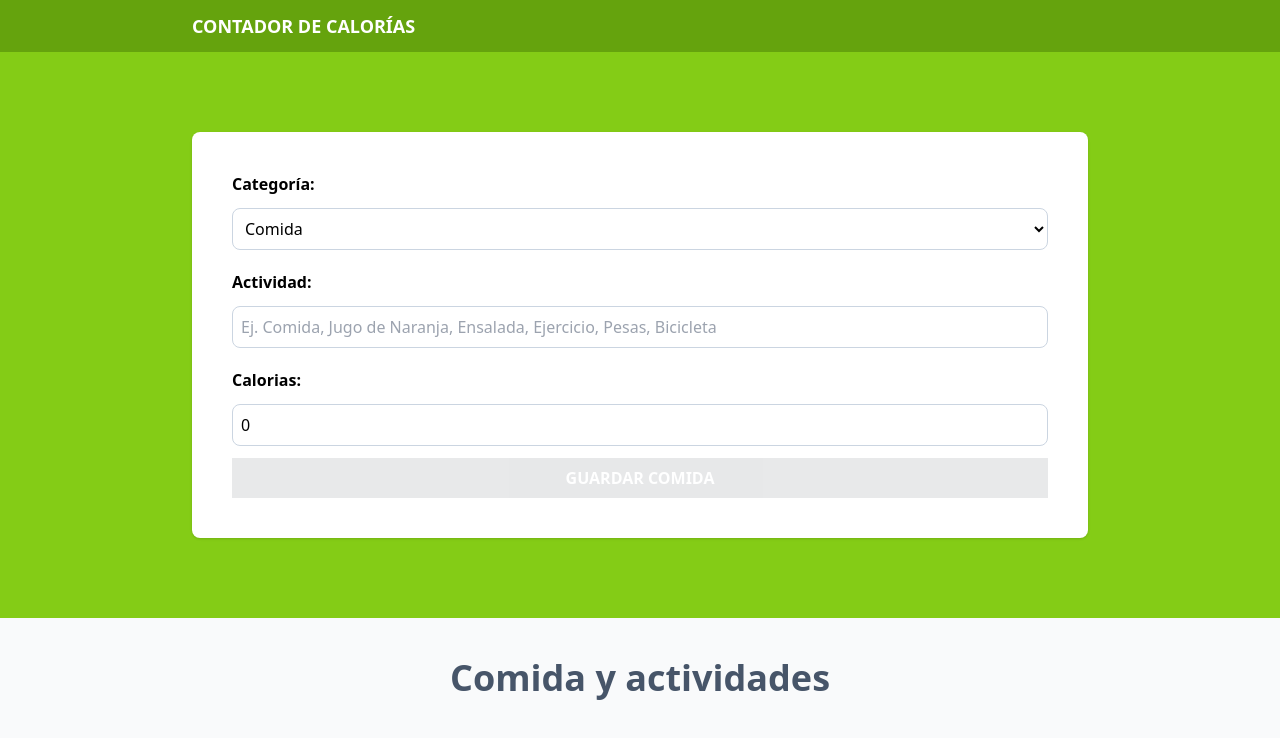
Repository: Samuel-Leal96/contador-calorias-react
Page: /
The author's editor kept a copy of each file at every save. The page is drawn from the files as they stood at one save, then again after the next save.
The browser window is 1280 px wide. The pictures show the whole page.
The project was rebuilt for these pictures with package versions that can differ from the ones it lists, and the page was loaded fresh each time. Also part of the build but not shown: vite.config.ts.

Above is the page before, as saved 2025-11-06 16:25:33.

### index.html
<!doctype html>
<html lang="en">
  <head>
    <meta charset="UTF-8" />
    <link rel="icon" type="image/svg+xml" href="/vite.svg" />
    <meta name="viewport" content="width=device-width, initial-scale=1.0" />
    <title>Contador de calorias - React y typescript</title>
  </head>
  <body class="bg-gray-50">
    <div id="root"></div>
    <script type="module" src="/src/main.tsx"></script>
  </body>
</html>

### src/App.tsx
import { useReducer } from "react"

import { activityReducer, initialState } from "./reducers/activity-reducer"

import Form from "./components/Form"
import ActivityList from "./components/ActivityList"


function App() {

  const [state, dispatch] = useReducer( activityReducer, initialState)

  return (
    <>
      <header className="bg-lime-600 py-3">
        <div className="max-w-4xl mx-auto flex justify-between">
          <h1 className="text-center text-lg font-bold text-white uppercase">
            Contador de calorías
          </h1>
        </div>
      </header>


      <section className="bg-lime-500 py-20 px-5">
        <div className="max-w-4xl mx-auto">
          <Form
            dispatch={dispatch}
            state={state}
          />
        </div>
      </section>

      <section className="p-10 mx-auto max-w-4xl">
          <ActivityList
            activities={state.activities}
            dispatch={dispatch}
          />
      </section>
    </>
  )
}

export default App

### src/reducers/activity-reducer.ts
import type { Activity } from "../types"

export type ActivityActions =
    { type: 'save-activity', payload: { newActivity: Activity } } |
    { type: 'set-activeId', payload: { id: Activity['id'] } } |
    { type: 'delete-activity', payload: { id: Activity['id'] } }

export type ActivityState = {
    activities: Activity[],
    activeId: Activity['id']
}

export const initialState: ActivityState = {
    activities: [],
    activeId: ''
}

export const activityReducer = (
    state: ActivityState = initialState,
    action: ActivityActions
) => {

    if (action.type === 'save-activity') {
        //* Este codigo maneja la logica para manejar el state

        let updateActivities : Activity[] = [];
        if(state.activeId){

            updateActivities = state.activities.map( activity => activity.id === state.activeId ? action.payload.newActivity
                : activity
             )

        }else {
            updateActivities = [...state.activities, action.payload.newActivity]
        }

        return{
            ...state,
            activities: updateActivities,
            activeId: ''
        }
    }

    if(action.type === 'set-activeId'){
        return {
            ...state,
            activeId: action.payload.id
        }
    }

    if(action.type === 'delete-activity'){
        return{
            ...state,
            activities: state.activities.filter( activity => activity.id !== action.payload.id )
        }
    }

    return state;

}

### src/components/Form.tsx
import { useState, type ChangeEvent, type FormEvent, type Dispatch, useEffect } from "react"
import { v4 as uuidv4 } from 'uuid'

import { type Activity } from "../types"
import { categories } from "../data/categories"
import type { ActivityActions, ActivityState } from "../reducers/activity-reducer"

type FormProps = {
  dispatch: Dispatch<ActivityActions>,
  state: ActivityState
}

const initialState : Activity = {
  id: uuidv4(),
  category: 1,
  name: '',
  calories: 0
}

export default function({dispatch, state}: FormProps) {

  const [activity, setActivity] = useState<Activity>(initialState)

  useEffect( ()=> {
    if(state.activeId){
      const selectedActivity = state.activities.filter( stateReducerActivity => stateReducerActivity.id === state.activeId)[0];
      setActivity(selectedActivity);
    }
  },[state.activeId])

  const handleChange = (e: ChangeEvent<HTMLSelectElement> | ChangeEvent<HTMLInputElement>) => {
    const isNumberField = ['category', 'calories'].includes(e.target.id)

    setActivity({
      ...activity,
      [e.target.id]: isNumberField ? +e.target.value : e.target.value
    })
  }

  const isValidActivity = () => {
    const { name, calories } = activity
    return name.trim() !== '' && calories > 0
  }

  const handleSubmit = (e: FormEvent<HTMLFormElement>) => {
    e.preventDefault()

    dispatch({type: 'save-activity', payload: {newActivity: activity}})

    setActivity({
      ...initialState,
      id: uuidv4()
    })
  }

  return (
    <div>
      <form
        className="space-y-5 bg-white shadow p-10 rounded-lg"
        onSubmit={handleSubmit}
      >
        <div className="grid grid-cols-1 gap-3" >

          <label htmlFor="category" className="font-bold">Categoría:</label>

          <select
            className="border border-slate-300 p-2 rounded-lg w-full bg-white"
            id="category"
            value={activity.category}
            onChange={handleChange}
          >
            {categories.map(category => (
              <option
                key={category.id}
                value={category.id}
              >
                {category.name}
              </option>
            ))}
          </select>

        </div>

        <div className="grid grid-cols-1 gap-3" >
          <label htmlFor="name" className="font-bold">Actividad:</label>

          <input
            id="name"
            type="text"
            className="border border-slate-300 p-2 rounded-lg"
            placeholder="Ej. Comida, Jugo de Naranja, Ensalada, Ejercicio, Pesas, Bicicleta"
            value={activity.name}
            onChange={handleChange}
          >
          </input>

        </div>

        <div className="grid grid-cols-1 gap-3" >
          <label htmlFor="calories" className="font-bold">Calorias:</label>

          <input
            id="calories"
            type="number"
            className="border border-slate-300 p-2 rounded-lg"
            placeholder="Calorias. Ej. 300 ó 500"
            value={activity.calories}
            onChange={handleChange}
          >
          </input>


          <input
            type="submit"
            className="bg-gray-800 hover:bg-gray-900 w-full p-2 font-bold uppercase text-white cursor-pointer disabled:opacity-10"
            value={activity.category === 1 ? 'Guardar comida' : 'Guardar ejercicio'}
            disabled={!isValidActivity()}
          >
          </input>

        </div>


      </form>
    </div>
  )
}

### src/components/ActivityList.tsx
import { useMemo, type Dispatch } from 'react'
import { PencilSquareIcon, XCircleIcon } from '@heroicons/react/24/outline'

import { categories } from '../data/categories'
import type { Activity } from '../types'
import type { ActivityActions } from '../reducers/activity-reducer'

type ActivityListProps = {
    activities: Activity[],
    dispatch: Dispatch<ActivityActions>
}

export default function ActivityList({ activities, dispatch }: ActivityListProps) {

    const categoryName = useMemo(() =>
        (category: Activity['category']) => categories.map( cat => cat.id === category ? cat.name : '')
            ,[activities])

    return (
        <>
            <h2 className='text-4xl font-bold text-slate-600 text-center'> Comida y actividades</h2>

            {activities.map(activity => (
                <div key={activity.id} className='px-5 py-10 bg-white mt-5 flex justify-between'>

                    <div className="space-y-2 relative">
                        <p className={`absolute -top-8 -left-8 px-10 py-2 text-white uppercase font-bold
                            ${activity.category === 1 ? 'bg-lime-500' : 'bg-orange-500'}`}>
                            {categoryName(+activity.category)}
                        </p>
                        <p className='text-2xl font-bold pt-5'>
                            {activity.name}
                        </p>
                        <p className='font-black text-4xl text-lime-500'>
                            {activity.calories} {''}
                            <span>Calorias</span>
                        </p>
                    </div>

                    <div className="flex gap-5 items-center">
                        <button onClick={()=> dispatch({type:'set-activeId', payload:{id: activity.id}}) }>
                            <PencilSquareIcon
                                className='h-8 w-8 text-gray-800'
                            />
                        </button>

                        <button onClick={()=> dispatch({type:'delete-activity', payload:{id: activity.id}}) }>
                            <XCircleIcon
                                className='h-8 w-8 text-red-500'
                            />
                        </button>
                    </div>

                </div>
            ))}

        </>
    )
}

### src/data/categories.tsx
import type { Category } from "../types"

export const categories : Category[] = [
    { id: 1, name: 'Comida' },
    { id: 2, name: 'Ejercicio' }
]

Loaded but not shown: src/main.tsx (common file); src/index.css (common file); tailwind.config.js (common file)

After the next save:
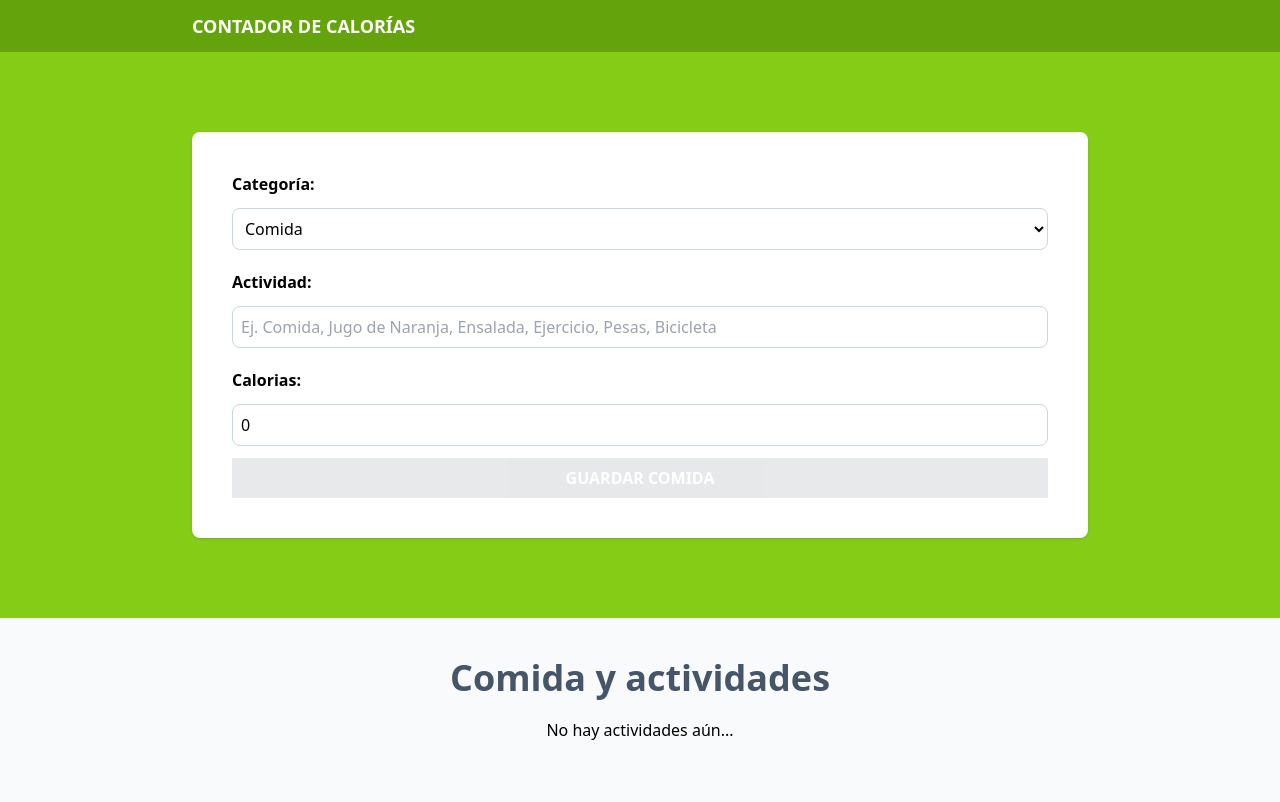
Saved 14 min 33 s later.
--- a/src/components/ActivityList.tsx
+++ b/src/components/ActivityList.tsx
@@ -13,46 +13,51 @@ type ActivityListProps = {
 export default function ActivityList({ activities, dispatch }: ActivityListProps) {
 
     const categoryName = useMemo(() =>
-        (category: Activity['category']) => categories.map( cat => cat.id === category ? cat.name : '')
-            ,[activities])
+        (category: Activity['category']) => categories.map(cat => cat.id === category ? cat.name : '')
+        , [activities])
+
+    const isEmptyActivities = useMemo(() => activities.length === 0, [activities])
 
     return (
         <>
             <h2 className='text-4xl font-bold text-slate-600 text-center'> Comida y actividades</h2>
 
-            {activities.map(activity => (
-                <div key={activity.id} className='px-5 py-10 bg-white mt-5 flex justify-between'>
+            {
+                isEmptyActivities ? <p className='text-center my-5'>No hay actividades aún...</p> :
 
-                    <div className="space-y-2 relative">
-                        <p className={`absolute -top-8 -left-8 px-10 py-2 text-white uppercase font-bold
+                activities.map(activity => (
+                    <div key={activity.id} className='px-5 py-10 bg-white mt-5 flex justify-between'>
+
+                        <div className="space-y-2 relative">
+                            <p className={`absolute -top-8 -left-8 px-10 py-2 text-white uppercase font-bold
                             ${activity.category === 1 ? 'bg-lime-500' : 'bg-orange-500'}`}>
-                            {categoryName(+activity.category)}
-                        </p>
-                        <p className='text-2xl font-bold pt-5'>
-                            {activity.name}
-                        </p>
-                        <p className='font-black text-4xl text-lime-500'>
-                            {activity.calories} {''}
-                            <span>Calorias</span>
-                        </p>
+                                {categoryName(+activity.category)}
+                            </p>
+                            <p className='text-2xl font-bold pt-5'>
+                                {activity.name}
+                            </p>
+                            <p className='font-black text-4xl text-lime-500'>
+                                {activity.calories} {''}
+                                <span>Calorias</span>
+                            </p>
+                        </div>
+
+                        <div className="flex gap-5 items-center">
+                            <button onClick={() => dispatch({ type: 'set-activeId', payload: { id: activity.id } })}>
+                                <PencilSquareIcon
+                                    className='h-8 w-8 text-gray-800'
+                                />
+                            </button>
+
+                            <button onClick={() => dispatch({ type: 'delete-activity', payload: { id: activity.id } })}>
+                                <XCircleIcon
+                                    className='h-8 w-8 text-red-500'
+                                />
+                            </button>
+                        </div>
+
                     </div>
-
-                    <div className="flex gap-5 items-center">
-                        <button onClick={()=> dispatch({type:'set-activeId', payload:{id: activity.id}}) }>
-                            <PencilSquareIcon
-                                className='h-8 w-8 text-gray-800'
-                            />
-                        </button>
-
-                        <button onClick={()=> dispatch({type:'delete-activity', payload:{id: activity.id}}) }>
-                            <XCircleIcon
-                                className='h-8 w-8 text-red-500'
-                            />
-                        </button>
-                    </div>
-
-                </div>
-            ))}
+                ))}
 
         </>
     )
